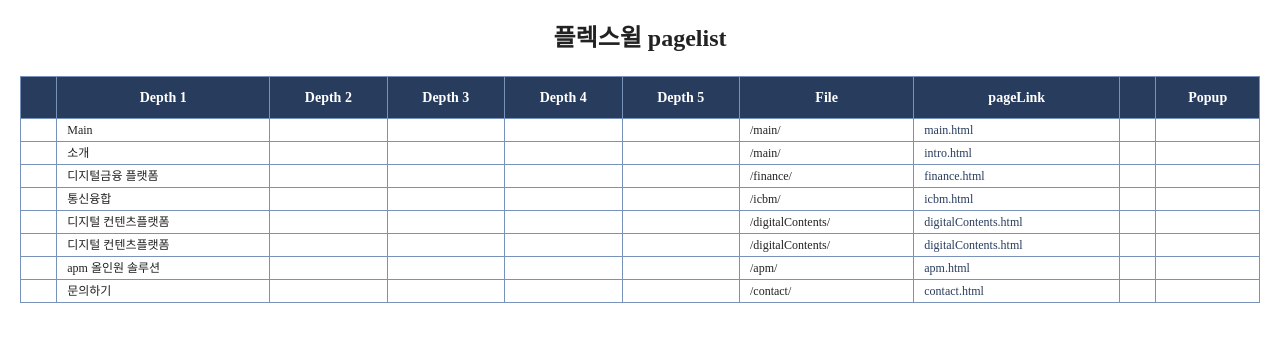
Repository: jang0ha/flexwill
Page: content/pgelist.html
These files come from the project's save history. The page is drawn as it stood at one moment and after the next save; the edit follows.
The browser window is 1280 px wide. The pictures show the whole page.

Above is the page before, as saved 2023-04-06 17:09:21.

### content/pgelist.html
<html lang="ko" data-width="957" data-height="1573" class="is-mobile" data-device="others"><head>
  <meta charset="UTF-8">
  <meta http-equiv="x-ua-Compatible" content="IE=edge">
  <title>플렉스윌</title>
  <meta name="viewport" content="width=device-width,initial-scale=1,minimum-scale=1,maximum-scale=1,user-scalable=no,shrink-to-fit=no, viewport-fit=cover">
  <meta name="format-detection" content="telephone=no">
  <link rel="icon" type="image/png" href="./assets/favicon/favicon.ico" sizes="32x32">
  <style>
    body {
      padding: 20px;
      position: relative;
    }

    * {
      margin: 0;
      padding: 0;
      font-size: 12px;
      color: #222;
      line-height: 1.5em;
      font-family: 'NanumGothic';
    }

    h1 {
      margin-bottom: 20px;
      font-size: 24px;
      text-align: center;
    }

    table {
      width: 100%;
      border-collapse: collapse;
      margin: 0 auto;
    }

    table th,
    table td {
      border: 1px solid #7992b9;
      padding: 2px 10px;
      word-break: keep-all;
    }

    table th {
      background: #283c5d;
      color: #fff;
      padding: 10px;
      font-size: 14px;
    }

    table td a {
      color: #283c5d;
      text-decoration: none;
    }

    table td a:hover {
      text-decoration: underline;
    }

    table tbody tr:hover {
      background-color: #ecf8fc;
    }

    .noteTable {
      display: table;
      width: 100%;
    }

    .noteTable .date {
      display: table-cell;
      color: #ff523c;
      width: 40px;
    }

    .noteTable .note {
      display: table-cell;
    }

    .center {
      text-align: center;
    }

    .bg {
      background: #fff5f5;
    }

    ul.float {
      position: absolute;
      right: 20px;
      top: 20px;
    }

    ul.float li {
      list-style: none;
      border: 1px solid #ccc;
      padding: 2px 5px;
      display: inline-block;
    }

    .end {
      background: #ffffcc;
    }

    .ing {
      background: #f6b1a6;
    }

    .list {
      text-align: center;
      padding: 0 0 20px;
    }

    .list a {
      text-decoration: none;
      margin: 0 10px;
    }

    .list a:hover {
      text-decoration: underline;
    }

    .box {
      border: 2px dotted #aaa;
      padding: 1rem;
      margin-bottom: 1rem;
      text-align: center;
      line-height: 1.6;
    }

    .box > ul {
      display: inline-block;
      text-align-last: left;
    }
  </style>
</head>

<body >
  <h1>플렉스윌 pagelist</h1>
  <table>
    <thead>
      <tr>
        <th></th>
        <th>Depth 1</th>
        <th>Depth 2</th>
        <th>Depth 3</th>
        <th>Depth 4</th>
        <th>Depth 5</th>
        <th>File</th>
        <th>pageLink</th>
        <th></th>
        <th>Popup</th>
      </tr>
    </thead>
    <tbody id="pageList">
      <tr>
        <td></td>
        <td>Main</td>
       <td></td>
       <td></td>
        <td></td>
        <td></td>
        <td>/main/</td>
        <td><a target="_blank" href="content/main/main.html">main.html</a></td>
        <td></td>
        <td></td>
      </tr>
      <tr>
        <td></td>
        <td>소개</td>
        <td></td>
        <td></td>
        <td></td>
        <td></td>
        <td>/main/</td>
        <td><a target="_blank" href="content/intro/intro.html">intro.html</a></td>
        <td></td>
        <td></td>
      </tr>
      <tr>
        <td></td>
        <td>디지털금융 플랫폼</td>
        <td></td>
        <td></td>
        <td></td>
        <td></td>
        <td>/finance/</td>
        <td><a target="_blank" href="content/finance/finance.html">finance.html</a></td>
        <td></td>
        <td></td>
      </tr>
      <tr>
        <td></td>
        <td>통신융합</td>
        <td></td>
        <td></td>
        <td></td>
        <td></td>
        <td>/icbm/</td>
        <td><a target="_blank" href="content/icbm/icbm.html">icbm.html</a></td>
        <td></td>
        <td></td>
      </tr>
      <tr>
        <td></td>
        <td>디지털 컨텐츠플랫폼</td>
        <td></td>
        <td></td>
        <td></td>
        <td></td>
        <td>/digitalContents/</td>
        <td><a target="_blank" href="content/digitalContents/digitalContents.html">digitalContents.html</a></td>
        <td></td>
        <td></td>
      </tr>
      <tr>
        <td></td>
        <td>디지털 컨텐츠플랫폼</td>
        <td></td>
        <td></td>
        <td></td>
        <td></td>
        <td>/digitalContents/</td>
        <td><a target="_blank" href="content/digitalContents/digitalContents.html">digitalContents.html</a></td>
        <td></td>
        <td></td>
      </tr>
      <tr>
        <td></td>
        <td>apm 올인원 솔루션</td>
        <td></td>
        <td></td>
        <td></td>
        <td></td>
        <td>/apm/</td>
        <td><a target="_blank" href="content/apm/apm.html">apm.html</a></td>
        <td></td>
        <td></td>
      </tr>
      <tr>
        <td></td>
        <td>문의하기</td>
        <td></td>
        <td></td>
        <td></td>
        <td></td>
        <td>/contact/</td>
        <td><a target="_blank" href="content/contact/contact.html">contact.html</a></td>
        <td></td>
        <td></td>
      </tr>
    </tbody>
  </table>
  <script>
    var leng = document.querySelectorAll('tbody td a');
    console.log(leng.length);

    // var rows = document.getElementById("pageList").getElementsByTagName("tr");
    // console.log(rows.length);
  </script>


</body></html>

After the next save:
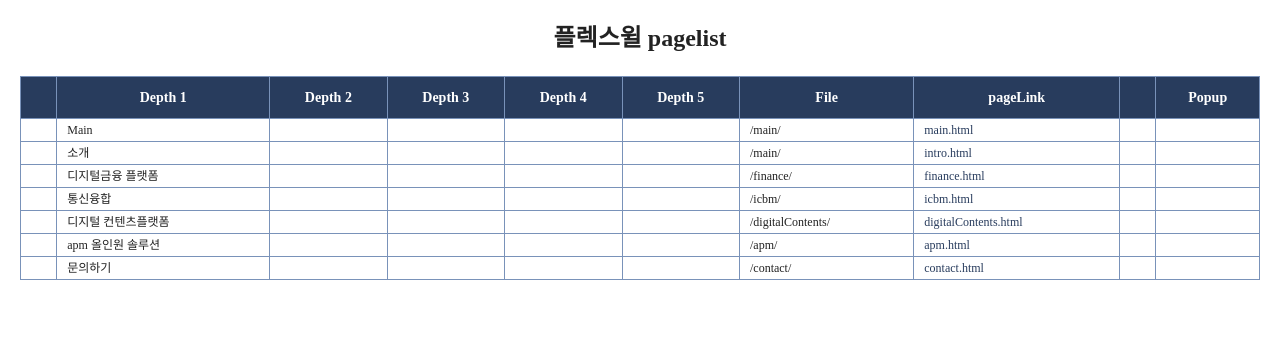
Saved 9 s later.
--- a/content/pgelist.html
+++ b/content/pgelist.html
@@ -212,18 +212,6 @@
       </tr>
       <tr>
         <td></td>
-        <td>디지털 컨텐츠플랫폼</td>
-        <td></td>
-        <td></td>
-        <td></td>
-        <td></td>
-        <td>/digitalContents/</td>
-        <td><a target="_blank" href="content/digitalContents/digitalContents.html">digitalContents.html</a></td>
-        <td></td>
-        <td></td>
-      </tr>
-      <tr>
-        <td></td>
         <td>apm 올인원 솔루션</td>
         <td></td>
         <td></td>
